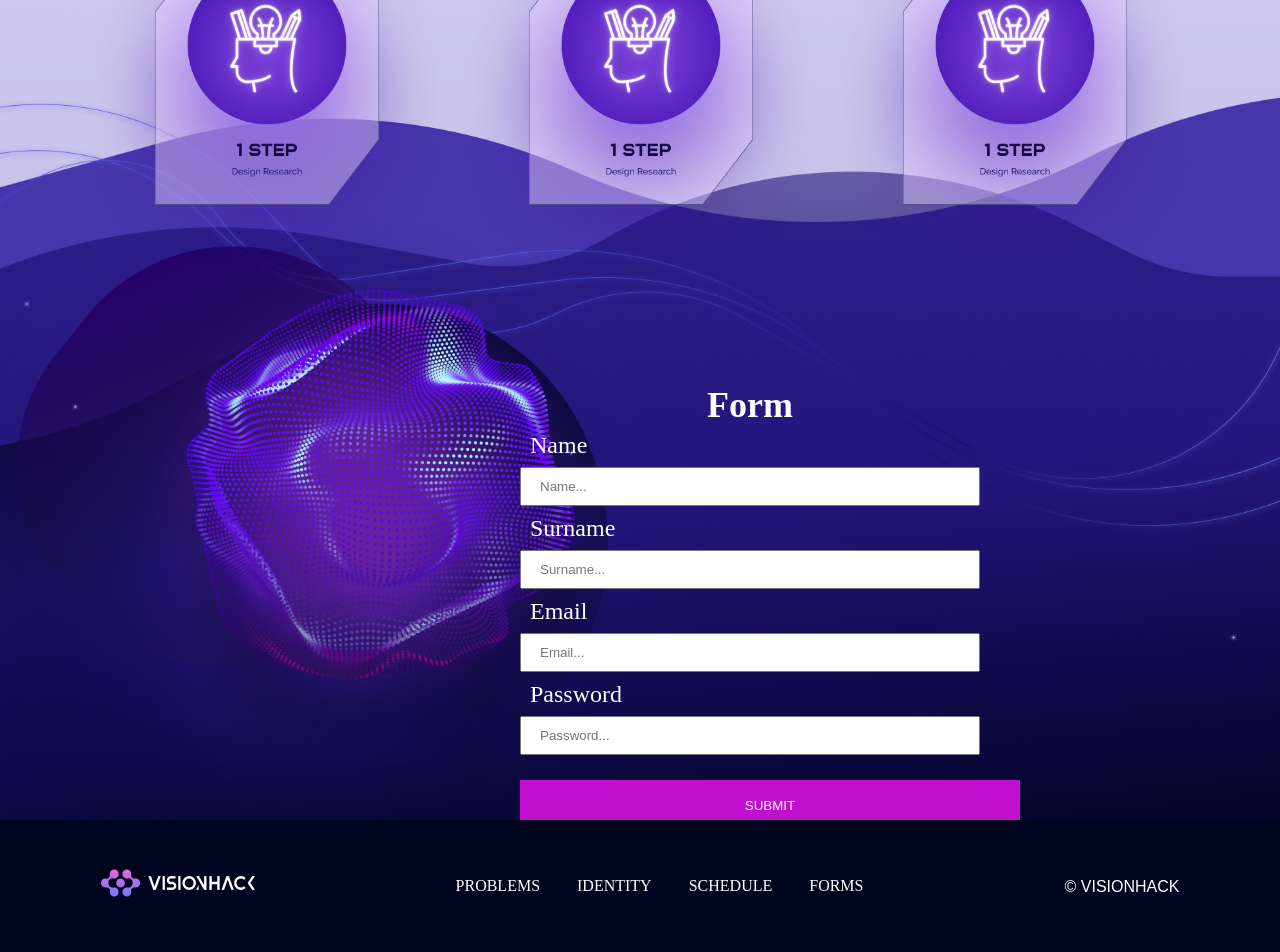
Repository: krmvz/VisionHack
Page: /
An editor plug-in stored every save of this project. The page is shown before and after a run of saves, followed by the edit.
The browser window is 1280 px wide. The pictures show the part of the page from y = 1728 to 2680 px (the page is 2680 px tall).
The project was rebuilt for these pictures with package versions that can differ from the ones it lists, and the page was loaded fresh each time.

Above is the page before, as saved 2024-05-30 12:24:25.

After the next 2 saves:
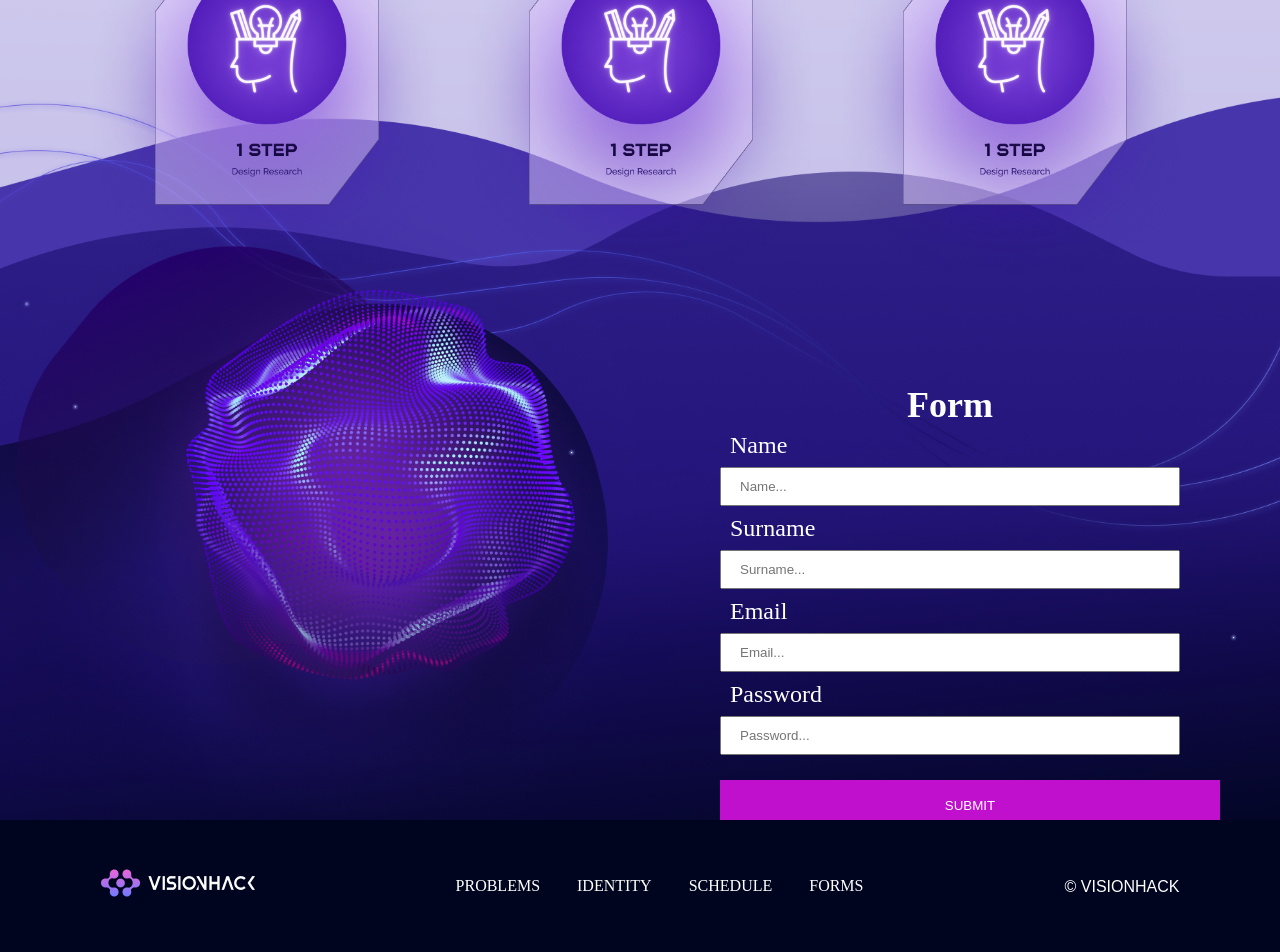
The 2 saves are shown as one change because they came seconds apart.
The last was saved 6 s later.
--- a/src/components/Form/Forms.scss
+++ b/src/components/Form/Forms.scss
@@ -1,5 +1,5 @@
 .forms{
-    margin: 100px 0px 0px 500px;
+    margin: 100px 0px 0px 700px;
     width: 500px;
     display: flex;
     flex-direction: column;
